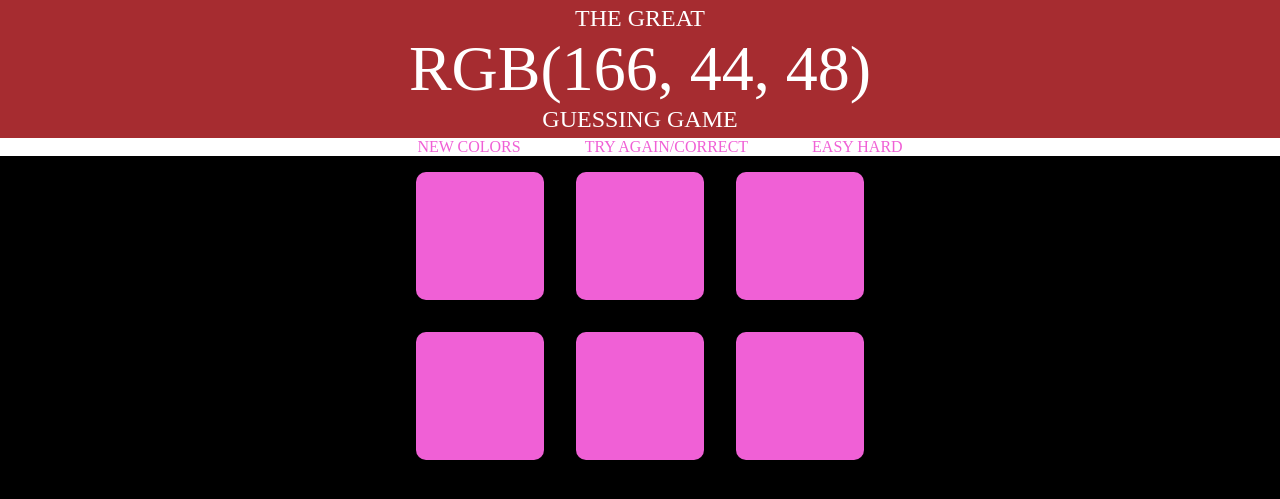
Repository: EEOOOO/javascript-projects
Page: rgbColorGameApp/index.html
An editor plug-in stored every save of this project. The page is shown before and after the next save, followed by the edit.
The browser window is 1280 px wide. The pictures show the whole page.
After loading, the first visible `div.playNewGameButton` was clicked once.

Above is the page before, as saved 2022-07-18 19:29:17.

After the next save:
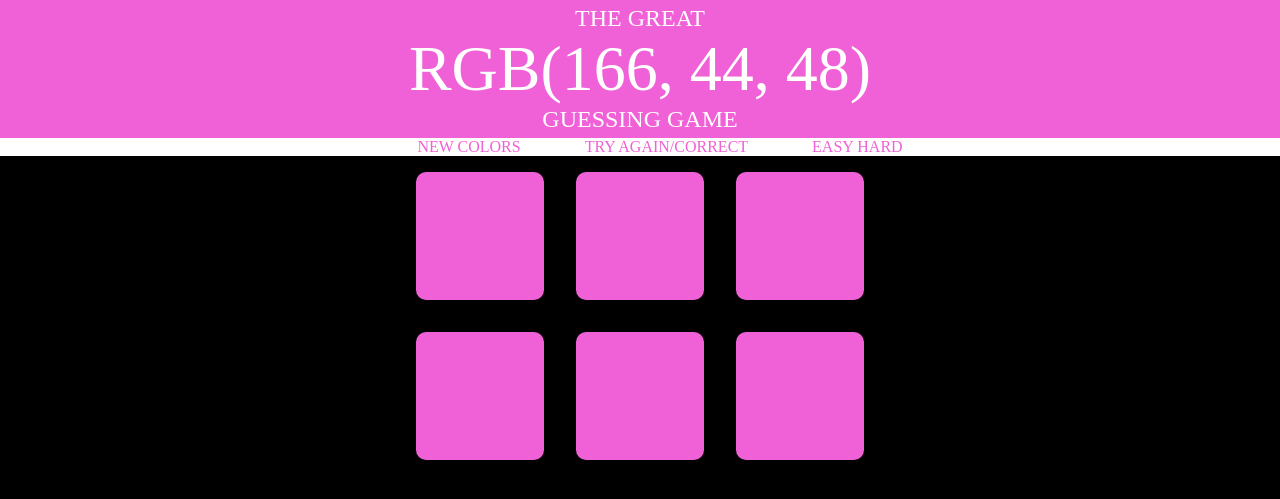
Saved 36 s later.
--- a/rgbColorGameApp/rgbColorGame.js
+++ b/rgbColorGameApp/rgbColorGame.js
@@ -22,10 +22,10 @@ function initGame(){
     console.log(randomColors);
     // 그 중 첫 번째가 정답 색 , rgbQuestion 글자 넣어주기
     let answer = randomColors[0];
-    header.style.backgroundColor = answer;
     rgbQuestion.textContent = answer;
     // 그 중 마지막 색으로 헤더 색 변경
     let initHeaderColor = randomColors[-1];
+    header.style.backgroundColor = initHeaderColor;
 }
 function makeRandomRGB(num){
     let randomColors = [];
